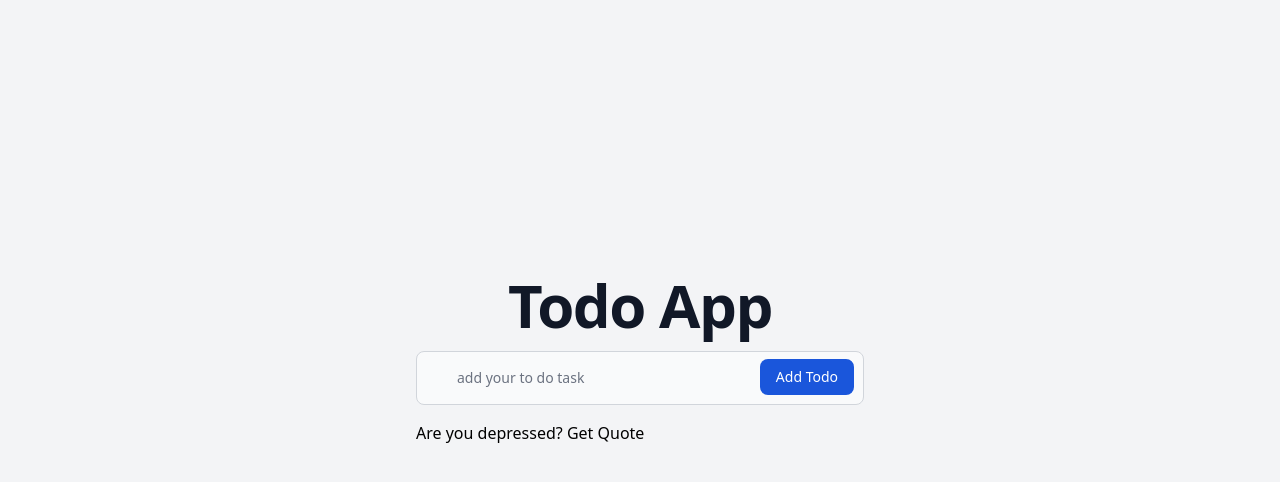
Repository: sodmaq/Todo-App
Page: /
The author's editor kept a copy of each file at every save. The page is drawn from the files as they stood at one save, then again after the next save.
The browser window is 1280 px wide. The pictures show the whole page.
The project was rebuilt for these pictures with package versions that can differ from the ones it lists, and the page was loaded fresh each time. Also part of the build but not shown: vite.config.js, src/components/loader.css, src/components/Loader.jsx, src/components/Quote.jsx, src/components/TodoItem.jsx.

Above is the page before, as saved 2024-09-04 22:45:02.

After the next save:
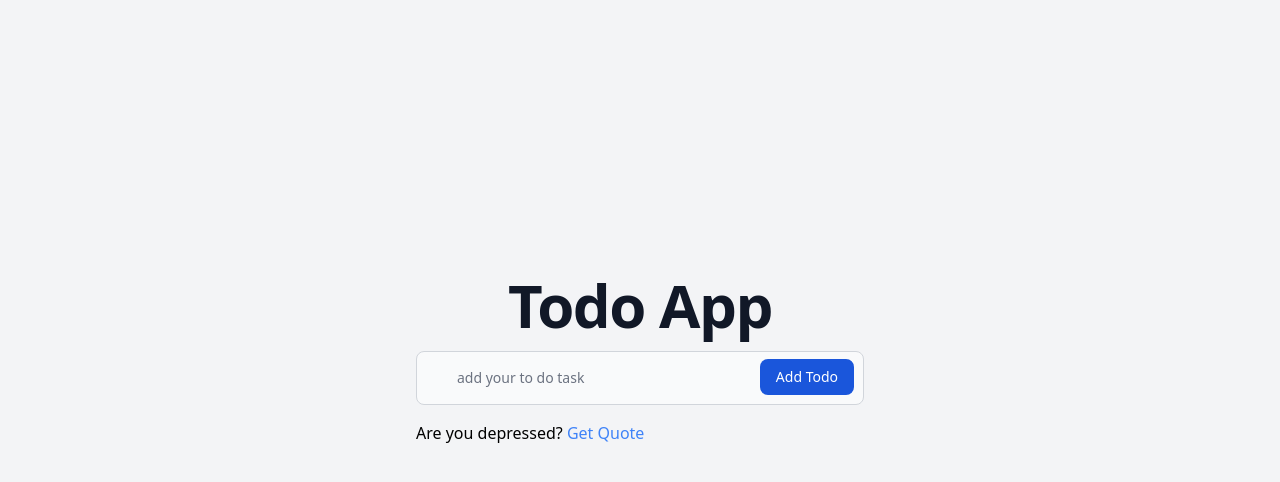
Saved 12 s later.
--- a/src/Todo.jsx
+++ b/src/Todo.jsx
@@ -44,7 +44,7 @@
         />
         <div className="mt-4">
           <NavLink to="/quote">
-            Are you depressed? <span>Get Quote</span>{" "}
+            Are you depressed? <span className="text-blue-500">Get Quote</span>{" "}
           </NavLink>
         </div>
       </div>
